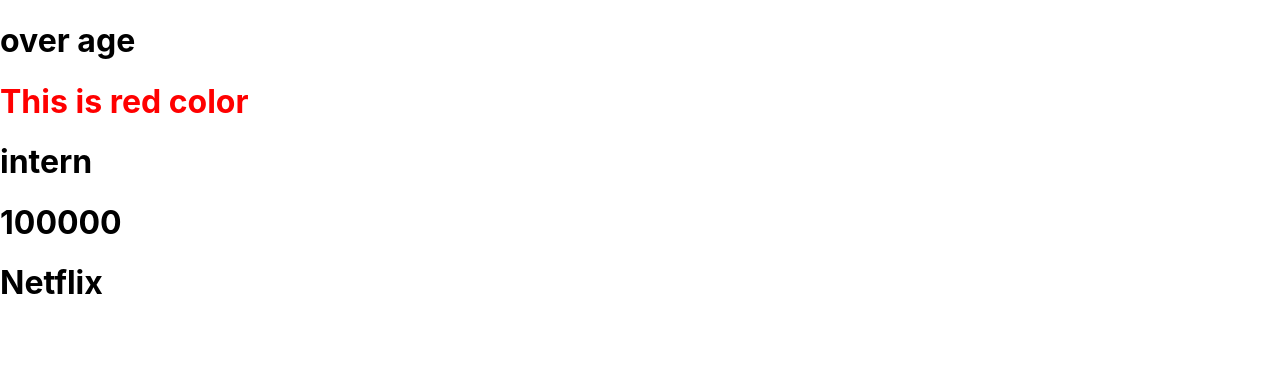
Repository: iamjayenmthakuri/todolist
Page: /
These files come from the project's save history. The page is drawn as it stood at one moment and after the next save; the edit follows.
The browser window is 1280 px wide. The pictures show the whole page.
The project was rebuilt for these pictures with package versions that can differ from the ones it lists, and the page was loaded fresh each time.

Above is the page before, as saved 2022-09-18 22:44:15.

After the next save:
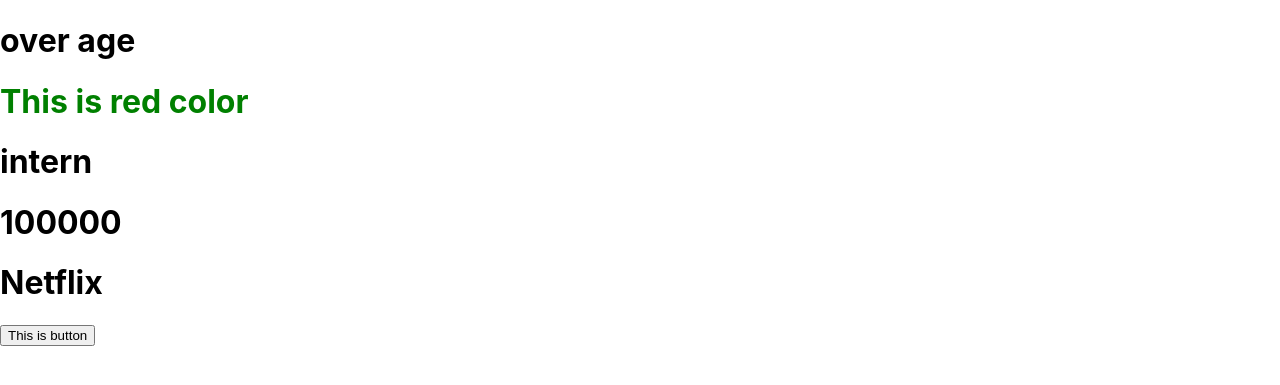
Saved 10 s later.
--- a/src/App.js
+++ b/src/App.js
@@ -8,7 +8,7 @@
   );
  }
   const age =20;
-  const isGreen = false;
+  const isGreen = true;
   const User = (props) =>{
 
   return (
